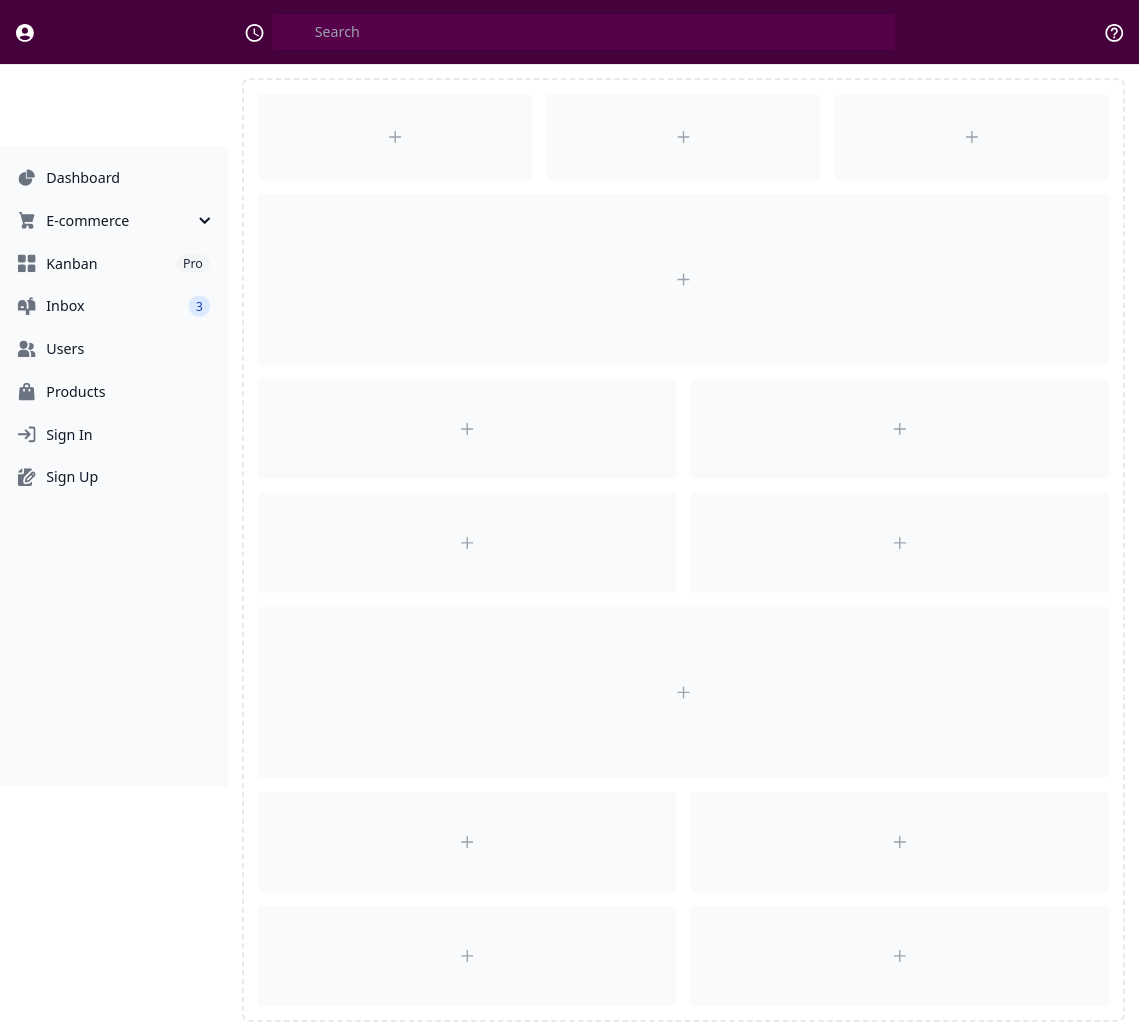
Repository: Shamraiz761/Slack_clone
Page: /
These files come from the project's save history. The page is drawn as it stood at one moment and after a run of saves; the edit follows.
The browser window is 1280 px wide. The pictures show the whole page, at 89% of full size.
The project was rebuilt for these pictures with package versions that can differ from the ones it lists, and the page was loaded fresh each time. Also part of the build but not shown: vite.config.js.

Above is the page before, as saved 2024-01-14 18:48:32.

### src/App.jsx

import React from 'react'
import Header from './components/header/Header'
import Sidebar from './components/sidebar/Sidebar'
function App() {

  return (
  <div className="">
    <div>
      <Header />
      </div>

      <Sidebar />
      {/* Other main content goes here */}
    </div>
  )
}

export default App

### src/components/sidebar/Sidebar.jsx
import React from "react";

function Sidebar() {
  return (
    <div className="relative">
      <button
        data-drawer-target="sidebar-multi-level-sidebar"
        data-drawer-toggle="sidebar-multi-level-sidebar"
        aria-controls="sidebar-multi-level-sidebar"
        type="button"
        className="inline-flex items-center p-2 mt-2 ms-3 text-sm text-gray-500 rounded-lg sm:hidden hover:bg-gray-100 focus:outline-none focus:ring-2 focus:ring-gray-200 dark:text-gray-400 dark:hover:bg-gray-700 dark:focus:ring-gray-600"
      >
        <span className="sr-only">Open sidebar</span>
        <svg
          className="w-6 h-6"
          aria-hidden="true"
          fill="currentColor"
          viewBox="0 0 20 20"
          xmlns="http://www.w3.org/2000/svg"
        >
          <path
            clip-rule="evenodd"
            fill-rule="evenodd"
            d="M2 4.75A.75.75 0 012.75 4h14.5a.75.75 0 010 1.5H2.75A.75.75 0 012 4.75zm0 10.5a.75.75 0 01.75-.75h7.5a.75.75 0 010 1.5h-7.5a.75.75 0 01-.75-.75zM2 10a.75.75 0 01.75-.75h14.5a.75.75 0 010 1.5H2.75A.75.75 0 012 10z"
          ></path>
        </svg>
      </button>

      <aside
        id="sidebar-multi-level-sidebar"
        className="absolute top-full left-0 mt-[-1000px] w-64 h-screen transition-transform -translate-x-full sm:translate-x-0"
        aria-label="Sidebar"
      >
        <div className="h-full px-3 py-4 overflow-y-auto bg-gray-50 dark:bg-gray-800">
          <ul className="space-y-2 font-medium">
            <li>
              <a
                href="#"
                className="flex items-center p-2 text-gray-900 rounded-lg dark:text-white hover:bg-gray-100 dark:hover:bg-gray-700 group"
              >
                <svg
                  className="w-5 h-5 text-gray-500 transition duration-75 dark:text-gray-400 group-hover:text-gray-900 dark:group-hover:text-white"
                  aria-hidden="true"
                  xmlns="http://www.w3.org/2000/svg"
                  fill="currentColor"
                  viewBox="0 0 22 21"
                >
                  <path d="M16.975 11H10V4.025a1 1 0 0 0-1.066-.998 8.5 8.5 0 1 0 9.039 9.039.999.999 0 0 0-1-1.066h.002Z" />
                  <path d="M12.5 0c-.157 0-.311.01-.565.027A1 1 0 0 0 11 1.02V10h8.975a1 1 0 0 0 1-.935c.013-.188.028-.374.028-.565A8.51 8.51 0 0 0 12.5 0Z" />
                </svg>
                <span className="ms-3">Dashboard</span>
              </a>
            </li>
            <li>
              <button
                type="button"
                className="flex items-center w-full p-2 text-base text-gray-900 transition duration-75 rounded-lg group hover:bg-gray-100 dark:text-white dark:hover:bg-gray-700"
                aria-controls="dropdown-example"
                data-collapse-toggle="dropdown-example"
              >
                <svg
                  className="flex-shrink-0 w-5 h-5 text-gray-500 transition duration-75 group-hover:text-gray-900 dark:text-gray-400 dark:group-hover:text-white"
                  aria-hidden="true"
                  xmlns="http://www.w3.org/2000/svg"
                  fill="currentColor"
                  viewBox="0 0 18 21"
                >
                  <path d="M15 12a1 1 0 0 0 .962-.726l2-7A1 1 0 0 0 17 3H3.77L3.175.745A1 1 0 0 0 2.208 0H1a1 1 0 0 0 0 2h.438l.6 2.255v.019l2 7 .746 2.986A3 3 0 1 0 9 17a2.966 2.966 0 0 0-.184-1h2.368c-.118.32-.18.659-.184 1a3 3 0 1 0 3-3H6.78l-.5-2H15Z" />
                </svg>
                <span className="flex-1 ms-3 text-left rtl:text-right whitespace-nowrap">
                  E-commerce
                </span>
                <svg
                  className="w-3 h-3"
                  aria-hidden="true"
                  xmlns="http://www.w3.org/2000/svg"
                  fill="none"
                  viewBox="0 0 10 6"
                >
                  <path
                    stroke="currentColor"
                    stroke-linecap="round"
                    stroke-linejoin="round"
                    stroke-width="2"
                    d="m1 1 4 4 4-4"
                  />
                </svg>
              </button>
              <ul id="dropdown-example" className="hidden py-2 space-y-2">
                <li>
                  <a
                    href="#"
                    className="flex items-center w-full p-2 text-gray-900 transition duration-75 rounded-lg pl-11 group hover:bg-gray-100 dark:text-white dark:hover:bg-gray-700"
                  >
                    Products
                  </a>
                </li>
                <li>
                  <a
                    href="#"
                    className="flex items-center w-full p-2 text-gray-900 transition duration-75 rounded-lg pl-11 group hover:bg-gray-100 dark:text-white dark:hover:bg-gray-700"
                  >
                    Billing
                  </a>
                </li>
                <li>
                  <a
                    href="#"
                    className="flex items-center w-full p-2 text-gray-900 transition duration-75 rounded-lg pl-11 group hover:bg-gray-100 dark:text-white dark:hover:bg-gray-700"
                  >
                    Invoice
                  </a>
                </li>
              </ul>
            </li>
            <li>
              <a
                href="#"
                className="flex items-center p-2 text-gray-900 rounded-lg dark:text-white hover:bg-gray-100 dark:hover:bg-gray-700 group"
              >
                <svg
                  className="flex-shrink-0 w-5 h-5 text-gray-500 transition duration-75 dark:text-gray-400 group-hover:text-gray-900 dark:group-hover:text-white"
                  aria-hidden="true"
                  xmlns="http://www.w3.org/2000/svg"
                  fill="currentColor"
                  viewBox="0 0 18 18"
                >
                  <path d="M6.143 0H1.857A1.857 1.857 0 0 0 0 1.857v4.286C0 7.169.831 8 1.857 8h4.286A1.857 1.857 0 0 0 8 6.143V1.857A1.857 1.857 0 0 0 6.143 0Zm10 0h-4.286A1.857 1.857 0 0 0 10 1.857v4.286C10 7.169 10.831 8 11.857 8h4.286A1.857 1.857 0 0 0 18 6.143V1.857A1.857 1.857 0 0 0 16.143 0Zm-10 10H1.857A1.857 1.857 0 0 0 0 11.857v4.286C0 17.169.831 18 1.857 18h4.286A1.857 1.857 0 0 0 8 16.143v-4.286A1.857 1.857 0 0 0 6.143 10Zm10 0h-4.286A1.857 1.857 0 0 0 10 11.857v4.286c0 1.026.831 1.857 1.857 1.857h4.286A1.857 1.857 0 0 0 18 16.143v-4.286A1.857 1.857 0 0 0 16.143 10Z" />
                </svg>
                <span className="flex-1 ms-3 whitespace-nowrap">Kanban</span>
                <span className="inline-flex items-center justify-center px-2 ms-3 text-sm font-medium text-gray-800 bg-gray-100 rounded-full dark:bg-gray-700 dark:text-gray-300">
                  Pro
                </span>
              </a>
            </li>
            <li>
              <a
                href="#"
                className="flex items-center p-2 text-gray-900 rounded-lg dark:text-white hover:bg-gray-100 dark:hover:bg-gray-700 group"
              >
                <svg
                  className="flex-shrink-0 w-5 h-5 text-gray-500 transition duration-75 dark:text-gray-400 group-hover:text-gray-900 dark:group-hover:text-white"
                  aria-hidden="true"
                  xmlns="http://www.w3.org/2000/svg"
                  fill="currentColor"
                  viewBox="0 0 20 20"
                >
                  <path d="m17.418 3.623-.018-.008a6.713 6.713 0 0 0-2.4-.569V2h1a1 1 0 1 0 0-2h-2a1 1 0 0 0-1 1v2H9.89A6.977 6.977 0 0 1 12 8v5h-2V8A5 5 0 1 0 0 8v6a1 1 0 0 0 1 1h8v4a1 1 0 0 0 1 1h2a1 1 0 0 0 1-1v-4h6a1 1 0 0 0 1-1V8a5 5 0 0 0-2.582-4.377ZM6 12H4a1 1 0 0 1 0-2h2a1 1 0 0 1 0 2Z" />
                </svg>
                <span className="flex-1 ms-3 whitespace-nowrap">Inbox</span>
                <span className="inline-flex items-center justify-center w-3 h-3 p-3 ms-3 text-sm font-medium text-blue-800 bg-blue-100 rounded-full dark:bg-blue-900 dark:text-blue-300">
                  3
                </span>
              </a>
            </li>
            <li>
              <a
                href="#"
                className="flex items-center p-2 text-gray-900 rounded-lg dark:text-white hover:bg-gray-100 dark:hover:bg-gray-700 group"
              >
                <svg
                  className="flex-shrink-0 w-5 h-5 text-gray-500 transition duration-75 dark:text-gray-400 group-hover:text-gray-900 dark:group-hover:text-white"
                  aria-hidden="true"
                  xmlns="http://www.w3.org/2000/svg"
                  fill="currentColor"
                  viewBox="0 0 20 18"
                >
                  <path d="M14 2a3.963 3.963 0 0 0-1.4.267 6.439 6.439 0 0 1-1.331 6.638A4 4 0 1 0 14 2Zm1 9h-1.264A6.957 6.957 0 0 1 15 15v2a2.97 2.97 0 0 1-.184 1H19a1 1 0 0 0 1-1v-1a5.006 5.006 0 0 0-5-5ZM6.5 9a4.5 4.5 0 1 0 0-9 4.5 4.5 0 0 0 0 9ZM8 10H5a5.006 5.006 0 0 0-5 5v2a1 1 0 0 0 1 1h11a1 1 0 0 0 1-1v-2a5.006 5.006 0 0 0-5-5Z" />
                </svg>
                <span className="flex-1 ms-3 whitespace-nowrap">Users</span>
              </a>
            </li>
            <li>
              <a
                href="#"
                className="flex items-center p-2 text-gray-900 rounded-lg dark:text-white hover:bg-gray-100 dark:hover:bg-gray-700 group"
              >
                <svg
                  className="flex-shrink-0 w-5 h-5 text-gray-500 transition duration-75 dark:text-gray-400 group-hover:text-gray-900 dark:group-hover:text-white"
                  aria-hidden="true"
                  xmlns="http://www.w3.org/2000/svg"
                  fill="currentColor"
                  viewBox="0 0 18 20"
                >
                  <path d="M17 5.923A1 1 0 0 0 16 5h-3V4a4 4 0 1 0-8 0v1H2a1 1 0 0 0-1 .923L.086 17.846A2 2 0 0 0 2.08 20h13.84a2 2 0 0 0 1.994-2.153L17 5.923ZM7 9a1 1 0 0 1-2 0V7h2v2Zm0-5a2 2 0 1 1 4 0v1H7V4Zm6 5a1 1 0 1 1-2 0V7h2v2Z" />
                </svg>
                <span className="flex-1 ms-3 whitespace-nowrap">Products</span>
              </a>
            </li>
            <li>
              <a
                href="#"
                className="flex items-center p-2 text-gray-900 rounded-lg dark:text-white hover:bg-gray-100 dark:hover:bg-gray-700 group"
              >
                <svg
                  className="flex-shrink-0 w-5 h-5 text-gray-500 transition duration-75 dark:text-gray-400 group-hover:text-gray-900 dark:group-hover:text-white"
                  aria-hidden="true"
                  xmlns="http://www.w3.org/2000/svg"
                  fill="none"
                  viewBox="0 0 18 16"
                >
                  <path
                    stroke="currentColor"
                    stroke-linecap="round"
                    stroke-linejoin="round"
                    stroke-width="2"
                    d="M1 8h11m0 0L8 4m4 4-4 4m4-11h3a2 2 0 0 1 2 2v10a2 2 0 0 1-2 2h-3"
                  />
                </svg>
                <span className="flex-1 ms-3 whitespace-nowrap">Sign In</span>
              </a>
            </li>
            <li>
              <a
                href="#"
                className="flex items-center p-2 text-gray-900 rounded-lg dark:text-white hover:bg-gray-100 dark:hover:bg-gray-700 group"
              >
                <svg
                  className="flex-shrink-0 w-5 h-5 text-gray-500 transition duration-75 dark:text-gray-400 group-hover:text-gray-900 dark:group-hover:text-white"
                  aria-hidden="true"
                  xmlns="http://www.w3.org/2000/svg"
                  fill="currentColor"
                  viewBox="0 0 20 20"
                >
                  <path d="M5 5V.13a2.96 2.96 0 0 0-1.293.749L.879 3.707A2.96 2.96 0 0 0 .13 5H5Z" />
                  <path d="M6.737 11.061a2.961 2.961 0 0 1 .81-1.515l6.117-6.116A4.839 4.839 0 0 1 16 2.141V2a1.97 1.97 0 0 0-1.933-2H7v5a2 2 0 0 1-2 2H0v11a1.969 1.969 0 0 0 1.933 2h12.134A1.97 1.97 0 0 0 16 18v-3.093l-1.546 1.546c-.413.413-.94.695-1.513.81l-3.4.679a2.947 2.947 0 0 1-1.85-.227 2.96 2.96 0 0 1-1.635-3.257l.681-3.397Z" />
                  <path d="M8.961 16a.93.93 0 0 0 .189-.019l3.4-.679a.961.961 0 0 0 .49-.263l6.118-6.117a2.884 2.884 0 0 0-4.079-4.078l-6.117 6.117a.96.96 0 0 0-.263.491l-.679 3.4A.961.961 0 0 0 8.961 16Zm7.477-9.8a.958.958 0 0 1 .68-.281.961.961 0 0 1 .682 1.644l-.315.315-1.36-1.36.313-.318Zm-5.911 5.911 4.236-4.236 1.359 1.359-4.236 4.237-1.7.339.341-1.699Z" />
                </svg>
                <span className="flex-1 ms-3 whitespace-nowrap">Sign Up</span>
              </a>
            </li>
          </ul>
        </div>
      </aside>

      <div className="p-4 sm:ml-64">
        <div className="p-4 border-2 border-gray-200 border-dashed rounded-lg dark:border-gray-700">
          <div className="grid grid-cols-3 gap-4 mb-4">
            <div className="flex items-center justify-center h-24 rounded bg-gray-50 dark:bg-gray-800">
              <p className="text-2xl text-gray-400 dark:text-gray-500">
                <svg
                  className="w-3.5 h-3.5"
                  aria-hidden="true"
                  xmlns="http://www.w3.org/2000/svg"
                  fill="none"
                  viewBox="0 0 18 18"
                >
                  <path
                    stroke="currentColor"
                    stroke-linecap="round"
                    stroke-linejoin="round"
                    stroke-width="2"
                    d="M9 1v16M1 9h16"
                  />
                </svg>
              </p>
            </div>
            <div className="flex items-center justify-center h-24 rounded bg-gray-50 dark:bg-gray-800">
              <p className="text-2xl text-gray-400 dark:text-gray-500">
                <svg
                  className="w-3.5 h-3.5"
                  aria-hidden="true"
                  xmlns="http://www.w3.org/2000/svg"
                  fill="none"
                  viewBox="0 0 18 18"
                >
                  <path
                    stroke="currentColor"
                    stroke-linecap="round"
                    stroke-linejoin="round"
                    stroke-width="2"
                    d="M9 1v16M1 9h16"
                  />
                </svg>
              </p>
            </div>
            <div className="flex items-center justify-center h-24 rounded bg-gray-50 dark:bg-gray-800">
              <p className="text-2xl text-gray-400 dark:text-gray-500">
                <svg
                  className="w-3.5 h-3.5"
                  aria-hidden="true"
                  xmlns="http://www.w3.org/2000/svg"
                  fill="none"
                  viewBox="0 0 18 18"
                >
                  <path
                    stroke="currentColor"
                    stroke-linecap="round"
                    stroke-linejoin="round"
                    stroke-width="2"
                    d="M9 1v16M1 9h16"
                  />
                </svg>
              </p>
            </div>
          </div>
          <div className="flex items-center justify-center h-48 mb-4 rounded bg-gray-50 dark:bg-gray-800">
            <p className="text-2xl text-gray-400 dark:text-gray-500">
              <svg
                className="w-3.5 h-3.5"
                aria-hidden="true"
                xmlns="http://www.w3.org/2000/svg"
                fill="none"
                viewBox="0 0 18 18"
              >
                <path
                  stroke="currentColor"
                  stroke-linecap="round"
                  stroke-linejoin="round"
                  stroke-width="2"
                  d="M9 1v16M1 9h16"
                />
              </svg>
            </p>
          </div>
          <div className="grid grid-cols-2 gap-4 mb-4">
            <div className="flex items-center justify-center rounded bg-gray-50 h-28 dark:bg-gray-800">
              <p className="text-2xl text-gray-400 dark:text-gray-500">
                <svg
                  className="w-3.5 h-3.5"
                  aria-hidden="true"
                  xmlns="http://www.w3.org/2000/svg"
                  fill="none"
                  viewBox="0 0 18 18"
                >
                  <path
                    stroke="currentColor"
                    stroke-linecap="round"
                    stroke-linejoin="round"
                    stroke-width="2"
                    d="M9 1v16M1 9h16"
                  />
                </svg>
              </p>
            </div>
            <div className="flex items-center justify-center rounded bg-gray-50 h-28 dark:bg-gray-800">
              <p className="text-2xl text-gray-400 dark:text-gray-500">
                <svg
                  className="w-3.5 h-3.5"
                  aria-hidden="true"
                  xmlns="http://www.w3.org/2000/svg"
                  fill="none"
                  viewBox="0 0 18 18"
                >
                  <path
                    stroke="currentColor"
                    stroke-linecap="round"
                    stroke-linejoin="round"
                    stroke-width="2"
                    d="M9 1v16M1 9h16"
                  />
                </svg>
              </p>
            </div>
            <div className="flex items-center justify-center rounded bg-gray-50 h-28 dark:bg-gray-800">
              <p className="text-2xl text-gray-400 dark:text-gray-500">
                <svg
                  className="w-3.5 h-3.5"
                  aria-hidden="true"
                  xmlns="http://www.w3.org/2000/svg"
                  fill="none"
                  viewBox="0 0 18 18"
                >
                  <path
                    stroke="currentColor"
                    stroke-linecap="round"
                    stroke-linejoin="round"
                    stroke-width="2"
                    d="M9 1v16M1 9h16"
                  />
                </svg>
              </p>
            </div>
            <div className="flex items-center justify-center rounded bg-gray-50 h-28 dark:bg-gray-800">
              <p className="text-2xl text-gray-400 dark:text-gray-500">
                <svg
                  className="w-3.5 h-3.5"
                  aria-hidden="true"
                  xmlns="http://www.w3.org/2000/svg"
                  fill="none"
                  viewBox="0 0 18 18"
                >
                  <path
                    stroke="currentColor"
                    stroke-linecap="round"
                    stroke-linejoin="round"
                    stroke-width="2"
                    d="M9 1v16M1 9h16"
                  />
                </svg>
              </p>
            </div>
          </div>
          <div className="flex items-center justify-center h-48 mb-4 rounded bg-gray-50 dark:bg-gray-800">
            <p className="text-2xl text-gray-400 dark:text-gray-500">
              <svg
                className="w-3.5 h-3.5"
                aria-hidden="true"
                xmlns="http://www.w3.org/2000/svg"
                fill="none"
                viewBox="0 0 18 18"
              >
                <path
                  stroke="currentColor"
                  stroke-linecap="round"
                  stroke-linejoin="round"
                  stroke-width="2"
                  d="M9 1v16M1 9h16"
                />
              </svg>
            </p>
          </div>
          <div className="grid grid-cols-2 gap-4">
            <div className="flex items-center justify-center rounded bg-gray-50 h-28 dark:bg-gray-800">
              <p className="text-2xl text-gray-400 dark:text-gray-500">
                <svg
                  className="w-3.5 h-3.5"
                  aria-hidden="true"
                  xmlns="http://www.w3.org/2000/svg"
                  fill="none"
                  viewBox="0 0 18 18"
                >
                  <path
                    stroke="currentColor"
                    stroke-linecap="round"
                    stroke-linejoin="round"
                    stroke-width="2"
                    d="M9 1v16M1 9h16"
                  />
                </svg>
              </p>
            </div>
            <div className="flex items-center justify-center rounded bg-gray-50 h-28 dark:bg-gray-800">
              <p className="text-2xl text-gray-400 dark:text-gray-500">
                <svg
                  className="w-3.5 h-3.5"
                  aria-hidden="true"
                  xmlns="http://www.w3.org/2000/svg"
                  fill="none"
                  viewBox="0 0 18 18"
                >
                  <path
                    stroke="currentColor"
                    stroke-linecap="round"
                    stroke-linejoin="round"
                    stroke-width="2"
                    d="M9 1v16M1 9h16"
                  />
                </svg>
              </p>
            </div>
            <div className="flex items-center justify-center rounded bg-gray-50 h-28 dark:bg-gray-800">
              <p className="text-2xl text-gray-400 dark:text-gray-500">
                <svg
                  className="w-3.5 h-3.5"
                  aria-hidden="true"
                  xmlns="http://www.w3.org/2000/svg"
                  fill="none"
                  viewBox="0 0 18 18"
                >
                  <path
                    stroke="currentColor"
                    stroke-linecap="round"
                    stroke-linejoin="round"
                    stroke-width="2"
                    d="M9 1v16M1 9h16"
                  />
                </svg>
              </p>
            </div>
            <div className="flex items-center justify-center rounded bg-gray-50 h-28 dark:bg-gray-800">
              <p className="text-2xl text-gray-400 dark:text-gray-500">
                <svg
                  className="w-3.5 h-3.5"
                  aria-hidden="true"
                  xmlns="http://www.w3.org/2000/svg"
                  fill="none"
                  viewBox="0 0 18 18"
                >
                  <path
                    stroke="currentColor"
                    stroke-linecap="round"
                    stroke-linejoin="round"
                    stroke-width="2"
                    d="M9 1v16M1 9h16"
                  />
                </svg>
              </p>
            </div>
          </div>
        </div>
      </div>
    </div>
  );
}

export default Sidebar;

Loaded but not shown: index.html (common file); src/main.jsx (common file); src/index.css (common file); tailwind.config.js (common file); src/components/header/Header.jsx (48 lines, source omitted)

After the next 2 saves:
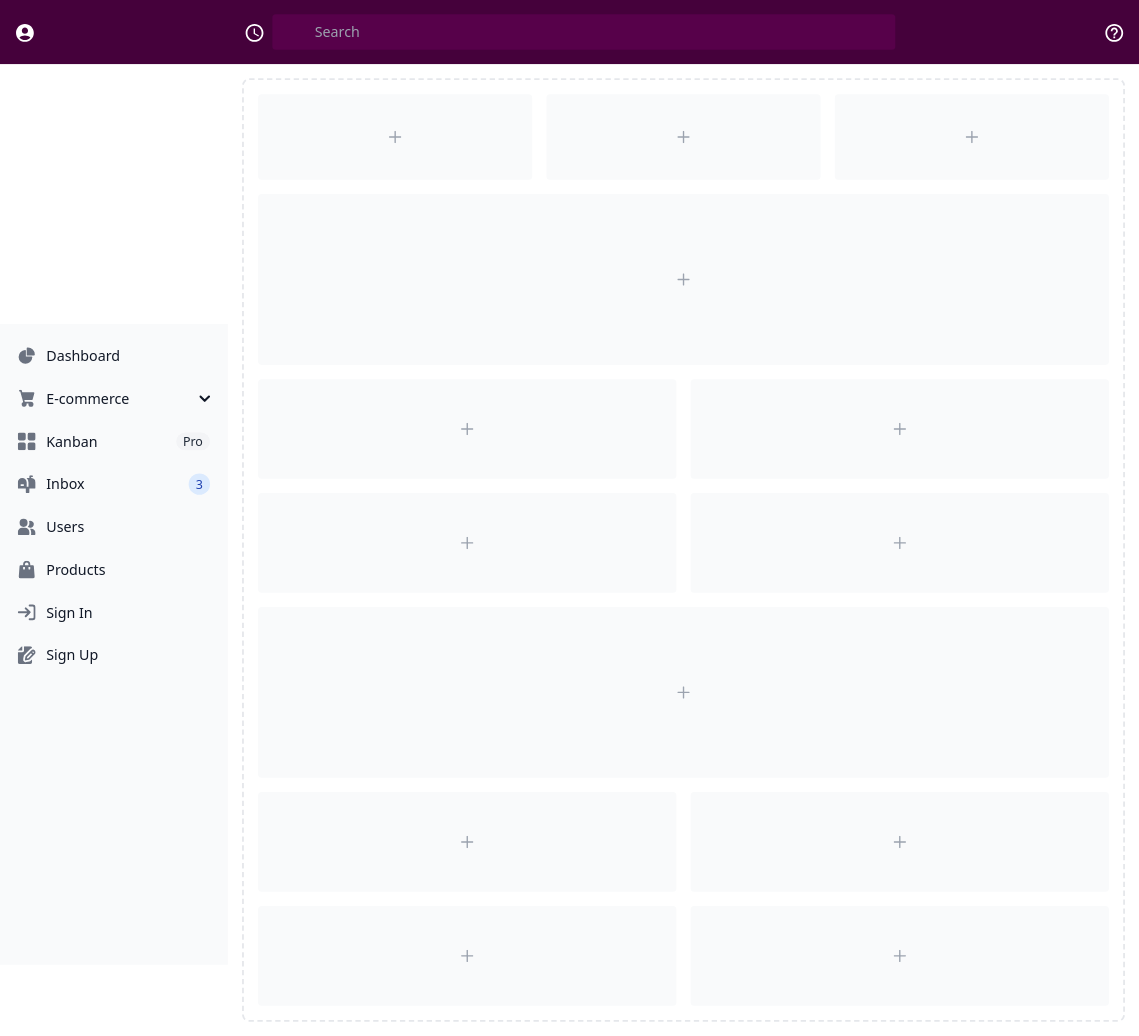
The 2 saves are shown as one change because they came seconds apart.
The last was saved 14 s later.
--- a/src/components/sidebar/Sidebar.jsx
+++ b/src/components/sidebar/Sidebar.jsx
@@ -28,7 +28,7 @@ function Sidebar() {
 
       <aside
         id="sidebar-multi-level-sidebar"
-        className="absolute top-full left-0 mt-[-1000px] w-64 h-screen transition-transform -translate-x-full sm:translate-x-0"
+        className="absolute top-full left-0 mt-[-800px] w-64 h-screen transition-transform -translate-x-full sm:translate-x-0"
         aria-label="Sidebar"
       >
         <div className="h-full px-3 py-4 overflow-y-auto bg-gray-50 dark:bg-gray-800">
